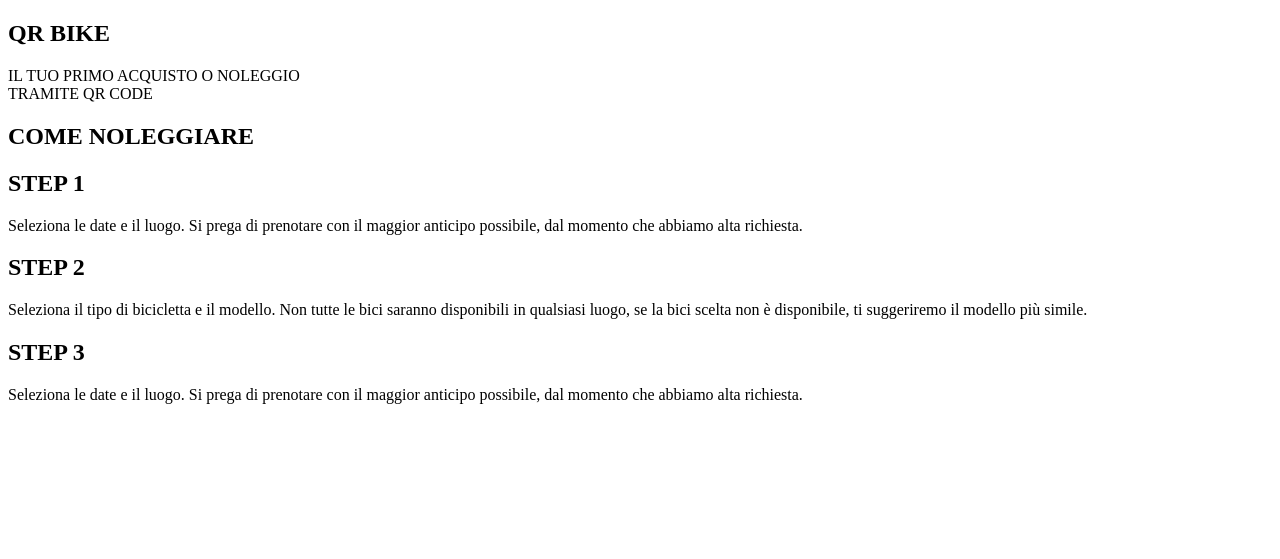
Repository: andrealepori/qrbike
Page: index.html
These files come from the project's save history. The page is drawn as it stood at one moment and after the next save; the edit follows.
The browser window is 1280 px wide. The pictures show the whole page.

Above is the page before, as saved 2020-09-16 19:26:21.

### index.html
<!DOCTYPE html>
<html lang="en">
<head>
    <meta charset="UTF-8">
    <meta name="viewport" content="width=device-width, initial-scale=1.0">
    <title>Home - QR BIKE</title>


	<link type="text/css" rel="stylesheet" href="css/style.css" />

</head>
<body>



  <section id="hero1" class="hero">




    <div class="inner">

      <h1 class="yellowtitle"> QR BIKE</h1>
      <p class="subtitle">IL TUO PRIMO ACQUISTO O NOLEGGIO <br> TRAMITE QR CODE</p>
      </div>

  </section>




<section>

      <h1 class="titolo">COME NOLEGGIARE </h1>

    </div>
    </div>
  </section>



  <div class="support-grid"></div>

  <section class="grid-1">
    <div class="item-1">
      <h1 class="step"><bold>STEP 1</bold> </h1>


      <p class="nero">
        Seleziona le date e il luogo.
        Si prega di prenotare con il maggior anticipo possibile,
         dal momento che abbiamo alta richiesta. </p>
    </div>
    <div class="item-2">

      <h1 class="step"><bold>STEP 2</bold> </h1>


      <p class="nero">
        Seleziona il tipo di bicicletta e il modello.
         Non tutte le bici saranno disponibili in qualsiasi luogo, se la bici scelta non è disponibile,
        ti suggeriremo il modello più simile.
        </p>


    </div>
    <div class="item-3">


      <h1 class="step"><bold>STEP 3
      </bold> </h1>


      <p class="nero">
        Seleziona le date e il luogo.
        Si prega di prenotare con il maggior anticipo possibile,
                dal momento che abbiamo alta richiesta.

        </p>


    </div>

  </section>






</body>
</html>

Loaded but not shown: style.css (no stored copy; drawn as an empty file)

After the next save:
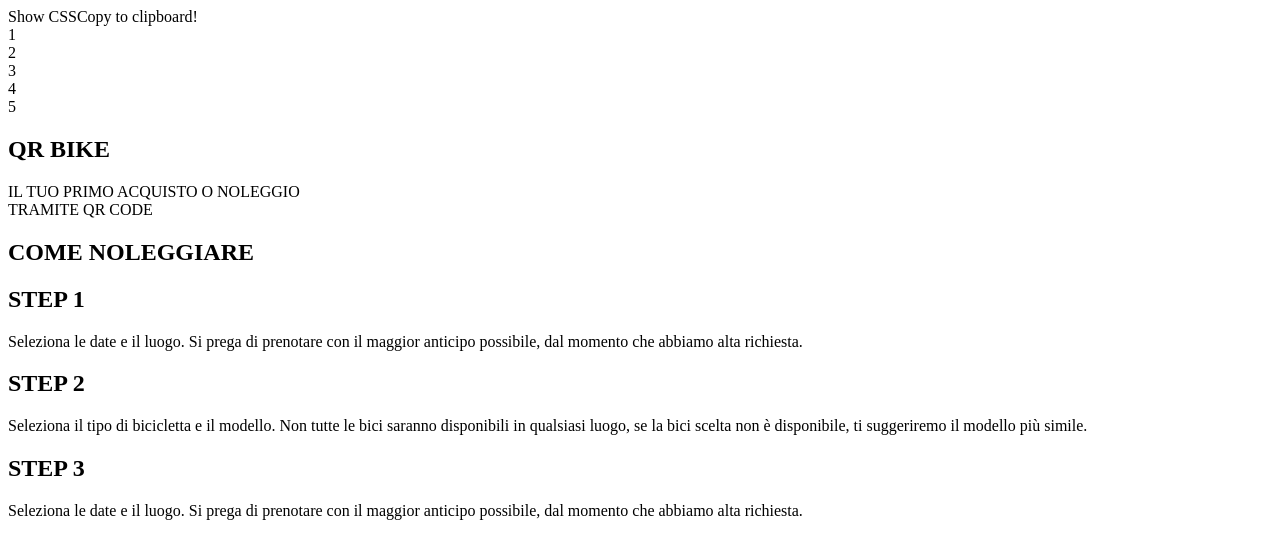
Saved 115 min 20 s later.
--- a/index.html
+++ b/index.html
@@ -16,7 +16,14 @@
   <section id="hero1" class="hero">
 
 
-
+    Show CSSCopy to clipboard!
+<div class="parent">
+<div class="div1"> 1</div>
+<div class="div2"> 2</div>
+<div class="div3"> 3</div>
+<div class="div4">4 </div>
+<div class="div5">5 </div>
+</div>
 
     <div class="inner">
 

After the save that followed:
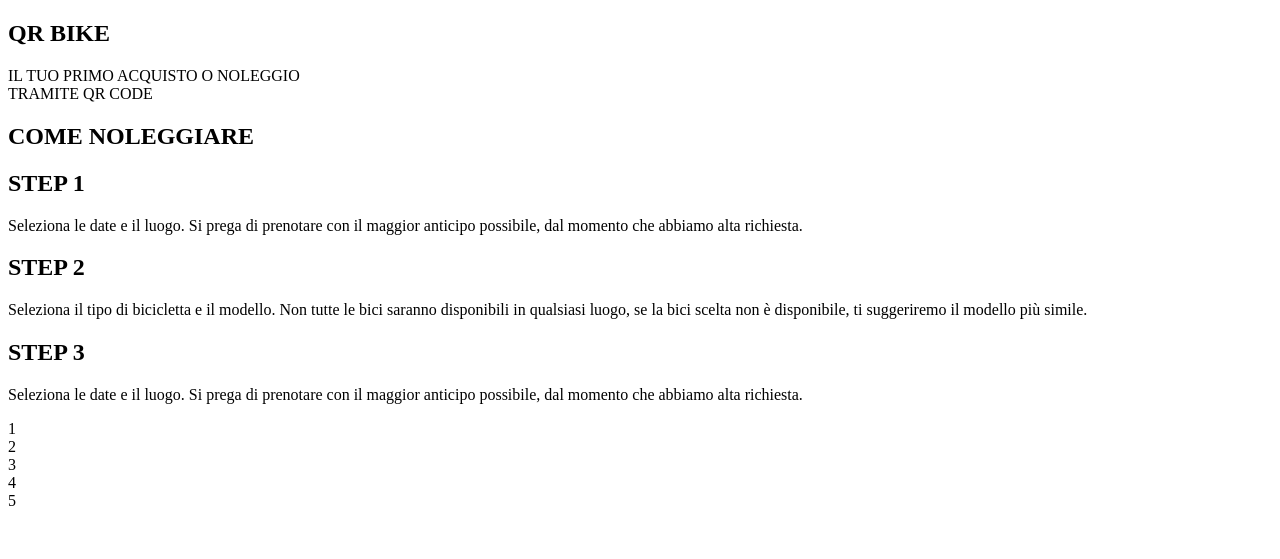
Saved 58 s later.
--- a/index.html
+++ b/index.html
@@ -16,14 +16,8 @@
   <section id="hero1" class="hero">
 
 
-    Show CSSCopy to clipboard!
-<div class="parent">
-<div class="div1"> 1</div>
-<div class="div2"> 2</div>
-<div class="div3"> 3</div>
-<div class="div4">4 </div>
-<div class="div5">5 </div>
-</div>
+
+
 
     <div class="inner">
 
@@ -90,7 +84,13 @@
 
   </section>
 
-
+  <div class="parent">
+    <div class="div1"> 1</div>
+    <div class="div2"> 2</div>
+    <div class="div3"> 3</div>
+    <div class="div4">4 </div>
+    <div class="div5">5 </div>
+    </div>
 
 
 
